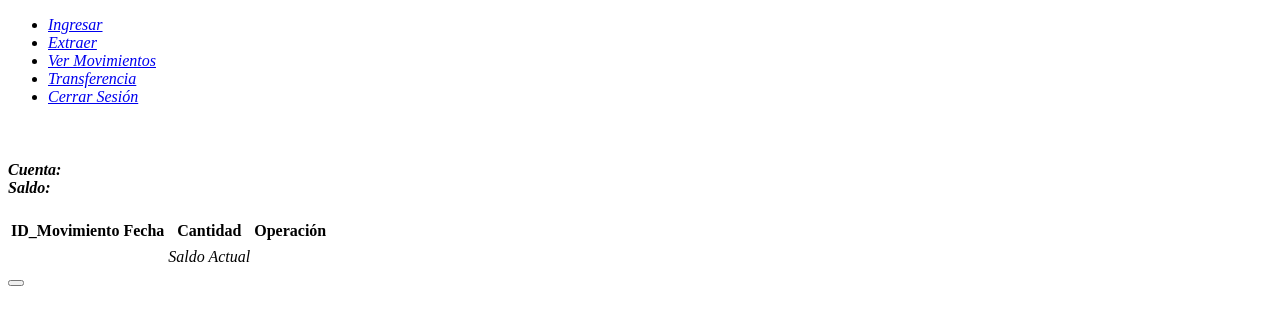
Repository: addryx/a3-cajero-virtual
Page: http://localhost/a3-cajero-virtual/vistas/opcionesCajero.jsp
An editor plug-in stored every save of this project. The page is shown before and after the next save, followed by the edit.
The browser window is 1280 px wide. The pictures show the whole page.
The page is served by Tomcat 10. The template is opened directly, without the code that normally fills it, so the values that code supplies are empty.

Above is the page before, as saved 2022-12-05 16:55:40.

After the next save:
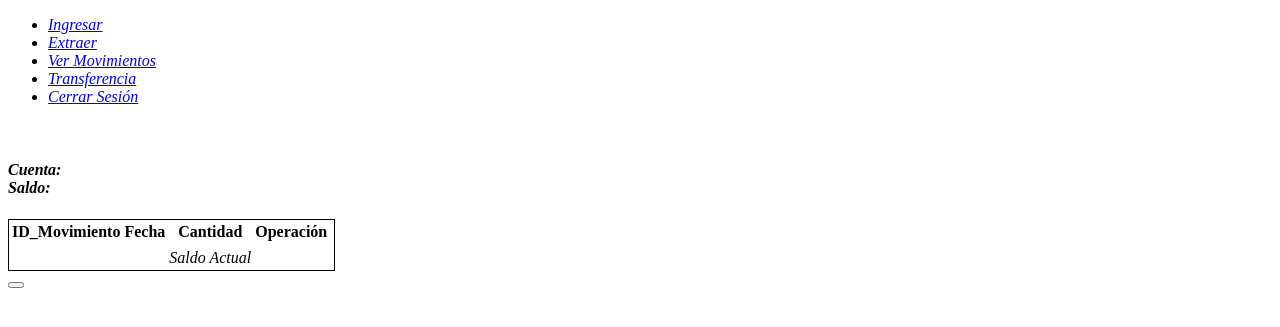
Saved 40 s later.
--- a/a3-cajero-virtual/src/main/webapp/vistas/opcionesCajero.jsp
+++ b/a3-cajero-virtual/src/main/webapp/vistas/opcionesCajero.jsp
@@ -34,7 +34,7 @@
 				<h4>
 					<span>${error}</span>
 				</h4>
-				<table class="table">
+				<table class="table" style="border: 1px solid black">
 					<thead>
 						<tr>
 							<th scope="col">ID_Movimiento</th>
